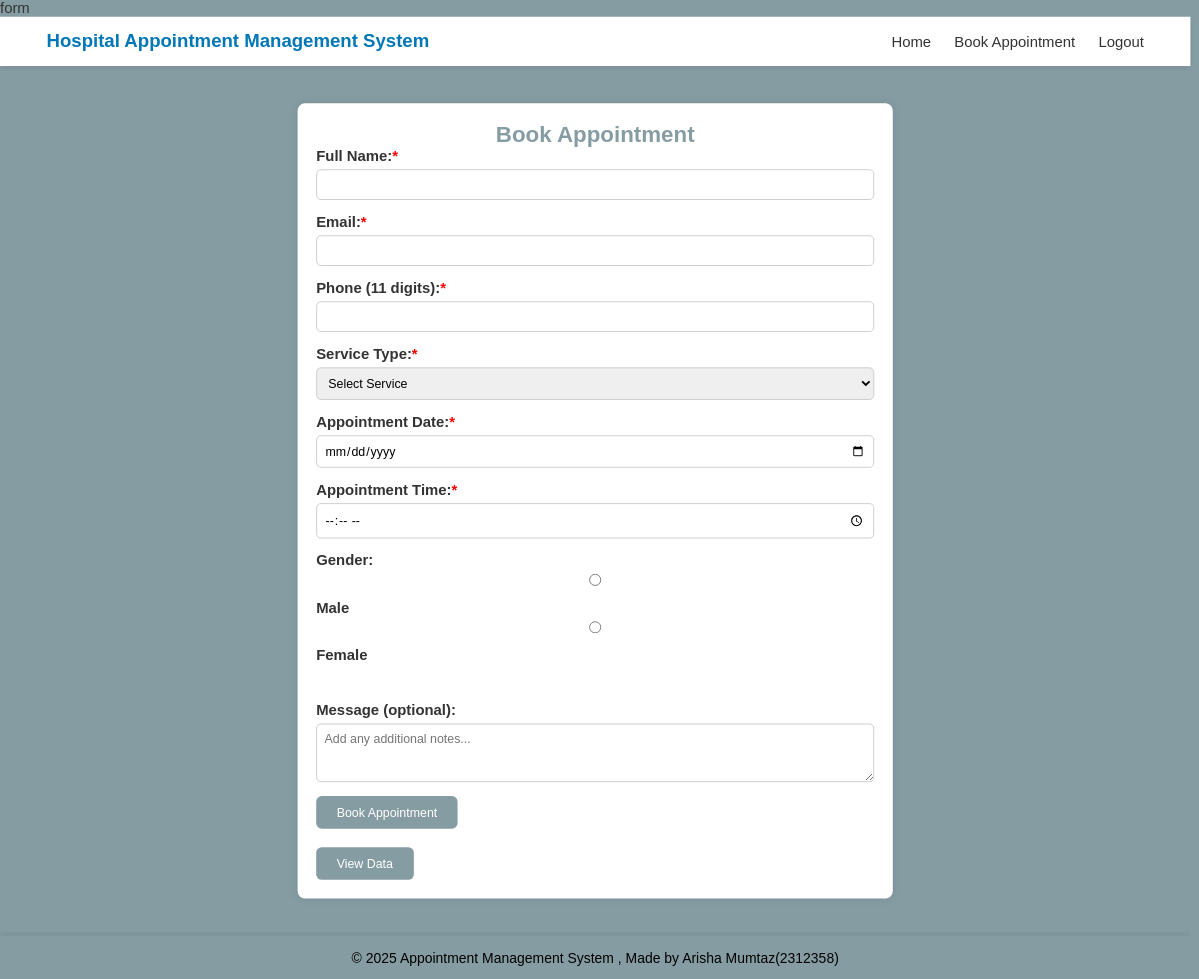
Repository: Arisha004/Hospital-appointment-management-system-
Page: http://localhost/
The author's editor kept a copy of each file at every save. The page is drawn from the files as they stood at one save, then again after a run of saves.
The browser window is 1280 px wide. The page is 1280 px wide, then 1289 px, so the pictures cover 1289 px, including what lies to the right of the window. The pictures show the whole page, at 93% of full size.
The page is run by PHP 8.4 with error messages shown; the project is at /var/www/html/.

Above is the page before, as saved 2025-11-16 14:40:50.

After the next 2 saves:
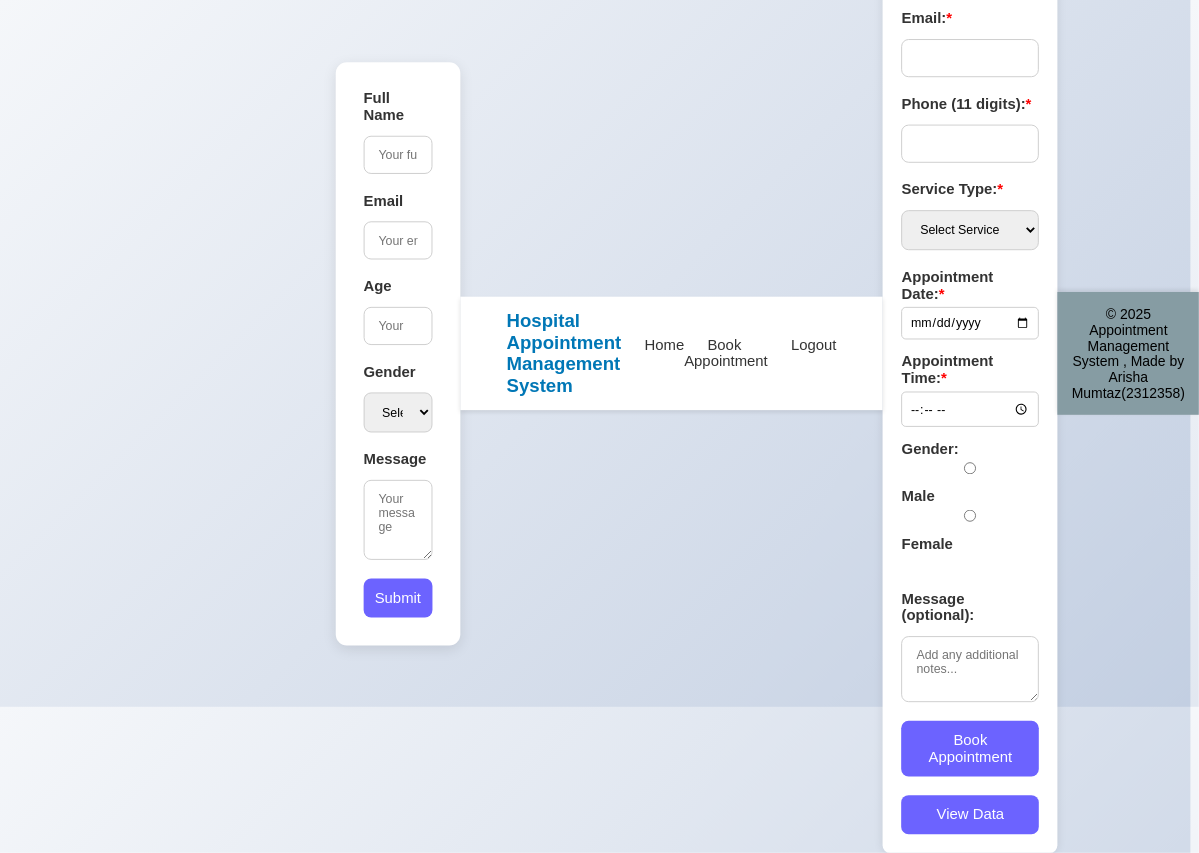
The 2 saves are shown as one change because they came seconds apart.
The last was saved 5 s later.
--- a/index.php
+++ b/index.php
@@ -2,7 +2,130 @@
 <head>
 <title>Book Appointment</title>
 <link rel="stylesheet" href="style2.css">
-form
+<!DOCTYPE html>
+<html lang="en">
+<head>
+    <meta charset="UTF-8">
+    <meta name="viewport" content="width=device-width, initial-scale=1.0">
+    <title>Styled Form</title>
+    <style>
+        body {
+            font-family: Arial, sans-serif;
+            background: linear-gradient(135deg, #f5f7fa, #c3cfe2);
+            display: flex;
+            justify-content: center;
+            align-items: center;
+            height: 100vh;
+            margin: 20px;
+            padding: 40px;
+        }
+
+        table {
+            border-collapse: collapse;
+            width: 80%;
+            background-color: #ffffff;
+            box-shadow: 0 4px 15px rgba(0,0,0,0.1);
+            border-radius: 12px;
+            overflow: hidden;
+        }
+
+        th, td {
+            padding: 12px 20px;
+            text-align: left;
+            border-bottom: 1px solid #ddd;
+        }
+
+        th {
+            background-color: #6c63ff;
+            color: white;
+            font-weight: bold;
+        }
+
+        tr:hover {
+            background-color: #f1f1f1;
+        }
+
+        #registerform {
+            background-color: #ffffff;
+            padding: 30px;
+            border-radius: 12px;
+            box-shadow: 0 4px 15px rgba(0,0,0,0.1);
+            width: 100%;
+            max-width: 400px;
+            margin-left: 370px;
+        }
+
+        input[type="text"],
+        input[type="email"],
+        input[type="password"],
+        input[type="number"],
+        textarea,
+        select {
+            width: 100%;
+            padding: 12px 15px;
+            margin: 8px 0 20px 0;
+            border: 1px solid #ccc;
+            border-radius: 8px;
+            box-sizing: border-box;
+            transition: 0.3s;
+        }
+
+        input:focus, textarea:focus, select:focus {
+            border-color: #6c63ff;
+            outline: none;
+            box-shadow: 0 0 5px rgba(108, 99, 255, 0.5);
+        }
+
+        button {
+            width: 100%;
+            background-color: #6c63ff;
+            color: white;
+            padding: 12px;
+            border: none;
+            border-radius: 8px;
+            cursor: pointer;
+            font-size: 16px;
+            transition: 0.3s;
+        }
+        button:hover {
+            background-color: #574fd6;
+        }
+
+        label {
+            font-weight: bold;
+            margin-bottom: 5px;
+            display: block;
+        }
+    </style>
+</head>
+<body>
+    <div id="registerform">
+        <form>
+            <label for="name">Full Name</label>
+            <input type="text" id="name" name="name" placeholder="Your full name">
+
+            <label for="email">Email</label>
+            <input type="email" id="email" name="email" placeholder="Your email">
+
+            <label for="age">Age</label>
+            <input type="number" id="age" name="age" placeholder="Your age">
+
+            <label for="gender">Gender</label>
+            <select id="gender" name="gender">
+                <option value="">Select Gender</option>
+                <option value="male">Male</option>
+                <option value="female">Female</option>
+                <option value="other">Other</option>
+            </select>
+
+            <label for="message">Message</label>
+            <textarea id="message" name="message" rows="4" placeholder="Your message"></textarea>
+
+            <button type="submit">Submit</button>
+        </form>
+    </div>
+</body>
+</html>
 </head>
 <body>
  <header class="navbar">
